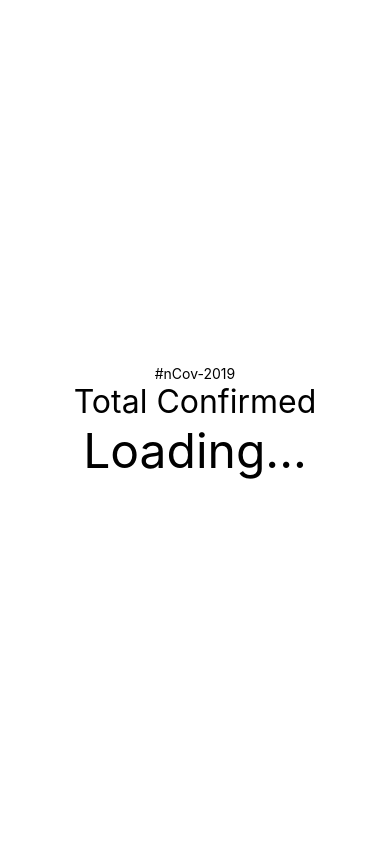
Repository: 0x77dev/coronavirus
Screen: /
These files come from the project's save history. The screen is drawn as it stood at one moment and after a run of saves; the edit follows.
The page's requests for data from a server got no answer. The app was drawn by React Native's web renderer in a window 390 px wide. The project was rebuilt for these pictures with package versions that can differ from the ones it lists, and the page was loaded fresh each time. No one was signed in, and anything a server would have sent is missing.

Above is the screen before, as saved 2020-03-13 17:55:07.

After the next 4 saves:
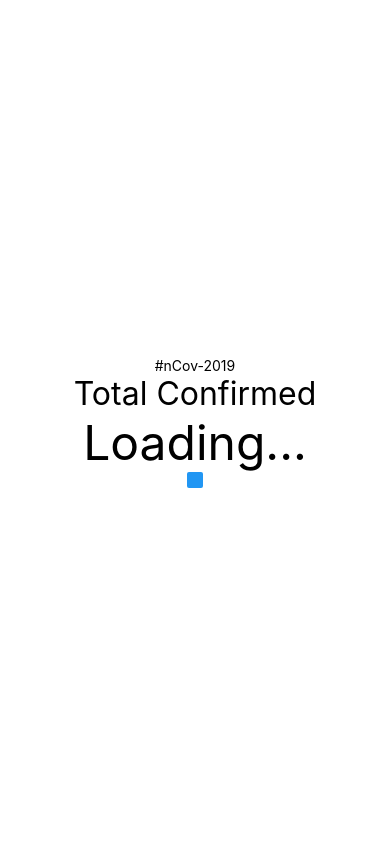
The 4 saves are shown as one change because 1 did not build or start and some came seconds apart.
The last was saved 76 s later.
--- a/App.tsx
+++ b/App.tsx
@@ -16,6 +16,7 @@ export default class App extends React.Component {
         <Text style={{ fontSize: 14 }}>#nCov-2019</Text>
         <Text style={{ fontSize: 32 }}>Total Confirmed</Text>
         <Text style={{ fontSize: 48 }}>{this.state.totalConfirmed}</Text>
+        <Button>Refresh</Button>
       </View>
     );
   }
